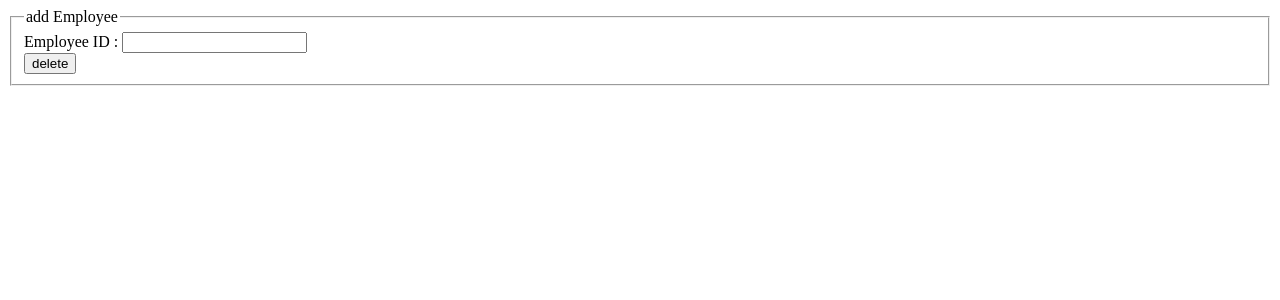
Repository: MamathaManchala/TY_CG_HTD_BangloreNovember_JFS_MamathaManchala
Page: BackEnd/servelets/mywebapp/src/main/webapp/addEmp.html
These files come from the project's save history. The page is drawn as it stood at one moment and after the next save; the edit follows.
The browser window is 1280 px wide. The pictures show the whole page.

Above is the page before, as saved 2019-12-17 09:40:41.

### BackEnd/servelets/mywebapp/src/main/webapp/addEmp.html
<!DOCTYPE html>
<html>
<head>
<meta charset="ISO-8859-1">
<title>Insert title here</title>
</head>
<body>


	<fieldset>
		<legend>add Employee</legend>
		<form action="./addEmployee" method="post">
			Employee ID : <input type="number" name="empId" required><br>
			<input type="submit" value="delete">


		</form>



	</fieldset>

</body>
</html>

After the next save:
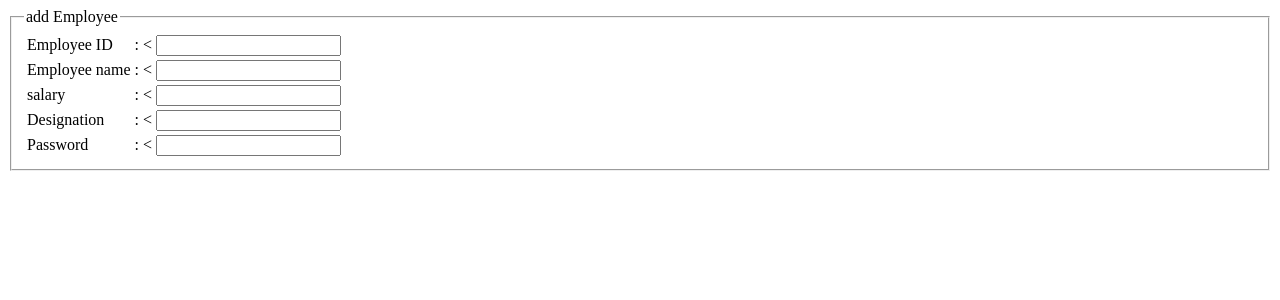
Saved 4 min 56 s later.
--- a/BackEnd/servelets/mywebapp/src/main/webapp/addEmp.html
+++ b/BackEnd/servelets/mywebapp/src/main/webapp/addEmp.html
@@ -10,8 +10,43 @@
 	<fieldset>
 		<legend>add Employee</legend>
 		<form action="./addEmployee" method="post">
-			Employee ID : <input type="number" name="empId" required><br>
-			<input type="submit" value="delete">
+		<table>
+		<tr>
+		<td>Employee ID</td>
+		<td> : </td>
+		<td><	<input type="number" name="empId" required>
+		</tr>
+
+		<tr>
+		<td>Employee name</td>
+		<td> : </td>
+		<td><	<input type="number" name="empId" required>
+		</tr>
+
+		<tr>
+		<td>salary</td>
+		<td> : </td>
+		<td><	<input type="number" name="empId" required>
+		</tr>
+
+		<tr>
+		<td>Designation</td>
+		<td> : </td>
+		<td><	<input type="number" name="empId" required>
+		</tr>
+
+		<tr>
+		<td>Password</td>
+		<td> : </td>
+		<td><	<input type="number" name="empId" required>
+		</tr>
+
+
+
+
+		</table>
+
+
 
 
 		</form>
